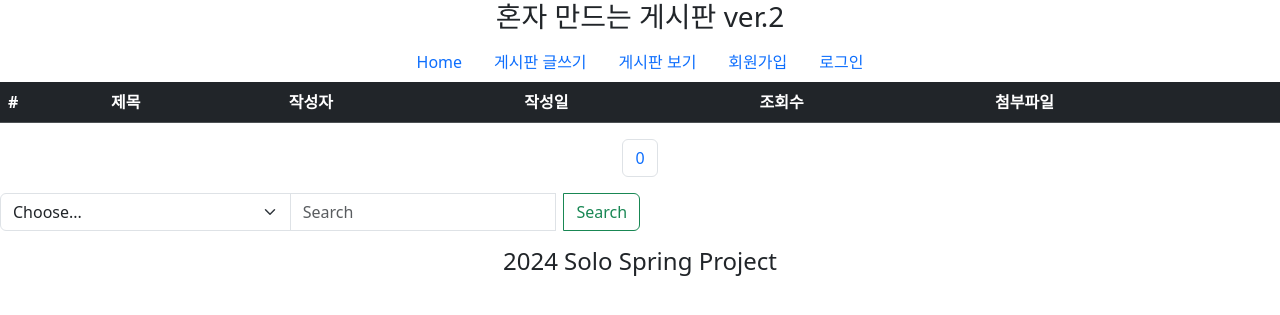
Repository: nefer2/Spring_test
Page: http://localhost/spring_test7/WEB-INF/views/board/list.jsp
The author's editor kept a copy of each file at every save. The page is drawn from the files as they stood at one save, then again after the next save.
The browser window is 1280 px wide. The pictures show the whole page.
The page is served by Tomcat 9. Nobody is signed in. The template is opened directly, without the code that normally fills it, so the values that code supplies are empty.

Above is the page before, as saved 2024-01-18 00:31:47.

After the next save:
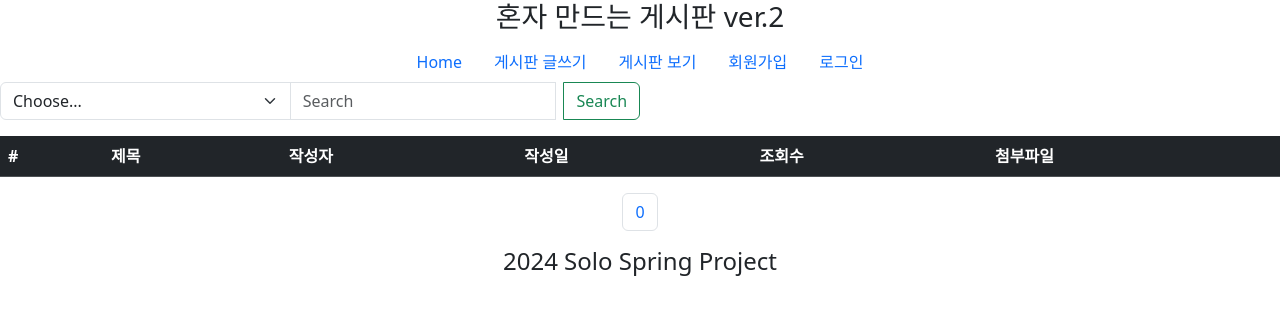
Saved 38 s later.
--- a/spring_test7/src/main/webapp/WEB-INF/views/board/list.jsp
+++ b/spring_test7/src/main/webapp/WEB-INF/views/board/list.jsp
@@ -4,6 +4,30 @@
 <jsp:include page="../layout/header.jsp"></jsp:include>
 <jsp:include page="../layout/navbar.jsp"></jsp:include>
 
+
+<div class="col-sm-12 col-md-6" style="align-content: center;">
+	<form action="/board/list" method="get">
+		<div class="input-group mb-3">
+			<c:set value="${ph.pgvo.type}" var="typed"></c:set>
+			<select class="form-select" name="type" id="inputGroupSelect" aria-label="Default select example">
+			  <option ${typed eq null ? 'selected':'' }>Choose...</option>
+			  <option value="twc" ${typed eq 'twc' ? 'selected' : '' }>전부</option>
+			  <option value="t" ${typed eq 't' ? 'selected' : '' }>제목</option>
+			  <option value="w" ${typed eq 'w' ? 'selected' : '' }>작성자</option>
+			  <option value="c" ${typed eq 'c' ? 'selected' : '' }>내용</option>
+			  <option value="tw" ${typed eq 'tw' ? 'selected' : '' }>제목+작성자</option>
+			  <option value="tc" ${typed eq 'tc' ? 'selected' : '' }>제목+내용</option>
+			  <option value="wc" ${typed eq 'wc' ? 'selected' : '' }>작성자+내용</option>
+			</select>
+				<input type="hidden" name="pageNo" value="1">
+				<input type="hidden" name="qty" value="${ph.pgvo.qty }">
+			    <input class="form-control me-2" name="keyword" value="${ph.pgvo.keyword }" type="search" placeholder="Search" aria-label="Search">
+      		    <button class="btn btn-outline-success" type="submit">Search
+      		    <span class="badge text-bg-info">${ph.totalCount }</span>
+      		    </button>
+		</div>
+	</form>
+</div>
 
 
 
@@ -68,30 +92,6 @@
 </ul>
 </nav>
 
-<div class="col-sm-12 col-md-6" style="align-content: center;">
-	<form action="/board/list" method="get">
-		<div class="input-group mb-3">
-			<c:set value="${ph.pgvo.type}" var="typed"></c:set>
-			<select class="form-select" name="type" id="inputGroupSelect" aria-label="Default select example">
-			  <option ${typed eq null ? 'selected':'' }>Choose...</option>
-			  <option value="twc" ${typed eq 'twc' ? 'selected' : '' }>전부</option>
-			  <option value="t" ${typed eq 't' ? 'selected' : '' }>제목</option>
-			  <option value="w" ${typed eq 'w' ? 'selected' : '' }>작성자</option>
-			  <option value="c" ${typed eq 'c' ? 'selected' : '' }>내용</option>
-			  <option value="tw" ${typed eq 'tw' ? 'selected' : '' }>제목+작성자</option>
-			  <option value="tc" ${typed eq 'tc' ? 'selected' : '' }>제목+내용</option>
-			  <option value="wc" ${typed eq 'wc' ? 'selected' : '' }>작성자+내용</option>
-			</select>
-				<input type="hidden" name="pageNo" value="1">
-				<input type="hidden" name="qty" value="${ph.pgvo.qty }">
-			    <input class="form-control me-2" name="keyword" value="${ph.pgvo.keyword }" type="search" placeholder="Search" aria-label="Search">
-      		    <button class="btn btn-outline-success" type="submit">Search
-      		    <span class="badge text-bg-info">${ph.totalCount }</span>
-      		    </button>
-		</div>
-	</form>
-</div>
-
 
 
 <jsp:include page="../layout/footer.jsp"></jsp:include>
